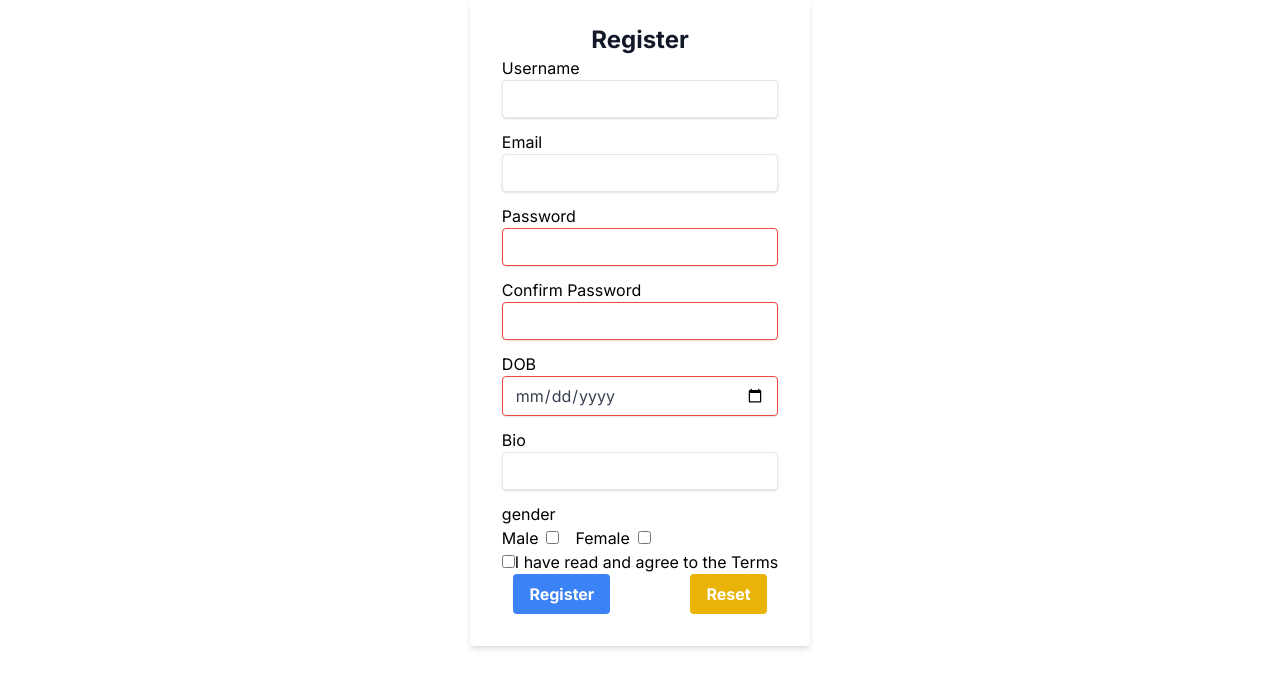
Repository: uh-sman/tiktok-card
Page: /
These files come from the project's save history. The page is drawn as it stood at one moment and after the next save; the edit follows.
The browser window is 1280 px wide. The pictures show the whole page.
The project was rebuilt for these pictures with package versions that can differ from the ones it lists, and the page was loaded fresh each time. The framework's server and built-in components were replaced by stand-ins that run in the browser. Also part of the build but not shown: next.config.js.

Above is the page before, as saved 2023-12-19 15:01:56.

After the next save:
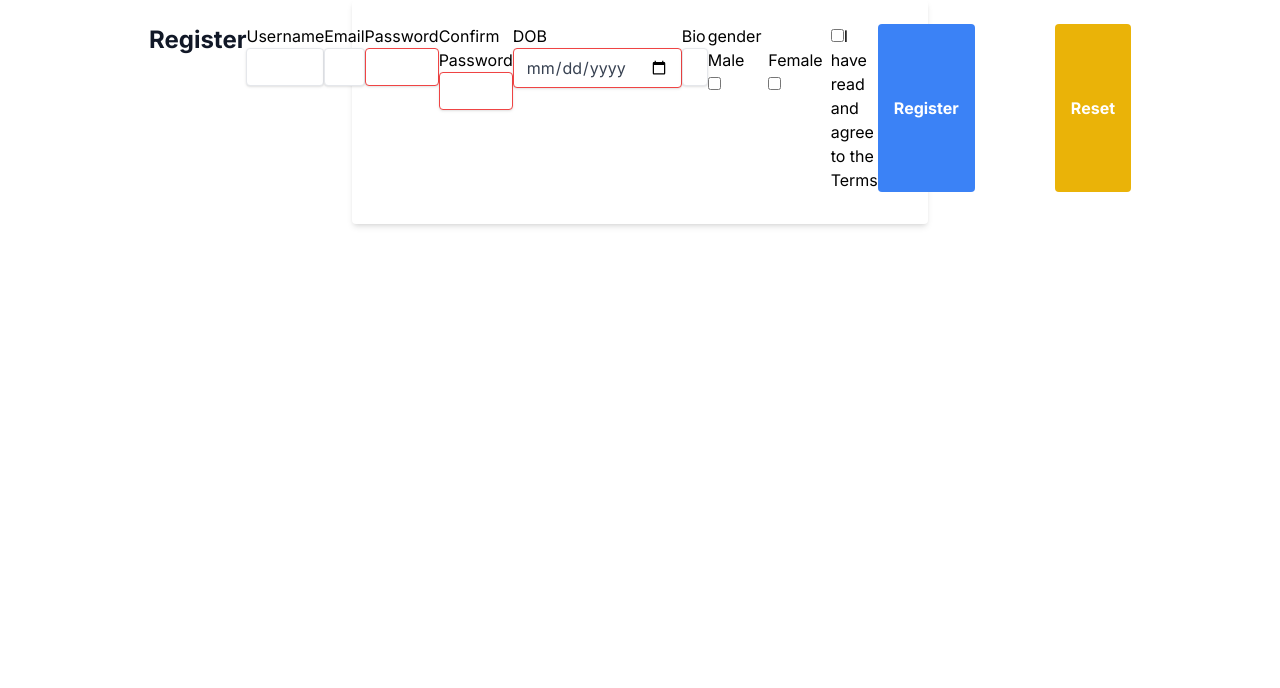
Saved 30 s later.
--- a/app/page.tsx
+++ b/app/page.tsx
@@ -16,10 +16,10 @@ type FormValues = {
 export default function Home() {
   return (
     <div className="flex justify-center items-center h-full w-full">
-      <div className="flex justify-center">
+      {/* <div className="flex justify-center">
 
+      </div> */}
       <AuthForm />
-      </div>
     </div>
   )
 }
--- a/app/components/AuthForm.tsx
+++ b/app/components/AuthForm.tsx
@@ -24,7 +24,7 @@ const AuthForm: React.FC = () => {
     }
     return (
         <div className="w-full max-w-xl">
-        <form className="bg-white shadow-md rounded px-8 pt-6 pb-8 mb-4" onSubmit={handleSubmit(onSubmit)}>
+        <form className="flex justify-center bg-white shadow-md rounded px-8 pt-6 pb-8 mb-4" onSubmit={handleSubmit(onSubmit)}>
         <h2 className="font-bold text-gray-900 text-2xl text-center">Register</h2>
           <div className="flex flex-col">
             <label>Username</label>
